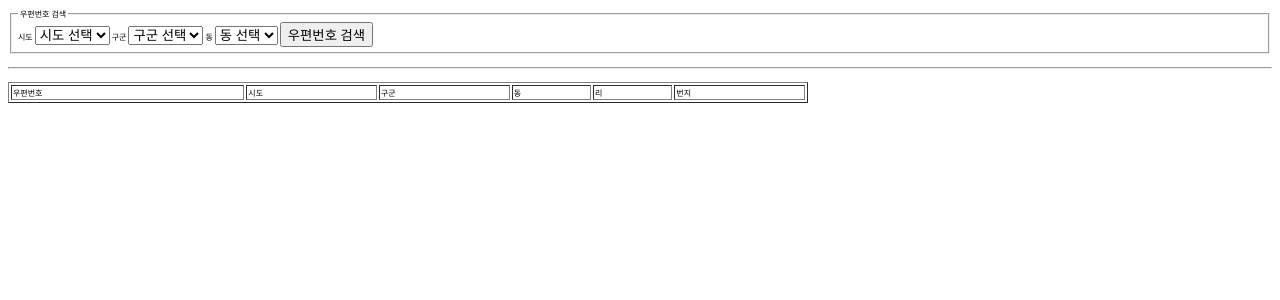
Repository: KYJIN1024/kic_jquery
Page: http://localhost/jQueryUIEx03/zipcode01.jsp
The author's editor kept a copy of each file at every save. The page is drawn from the files as they stood at one save, then again after the next save.
The browser window is 1280 px wide. The pictures show the whole page.
The page is served by Tomcat 9.

Above is the page before, as saved 2023-05-17 11:33:20.
Console error: SyntaxError: Unexpected identifier 'change'

After the next save:
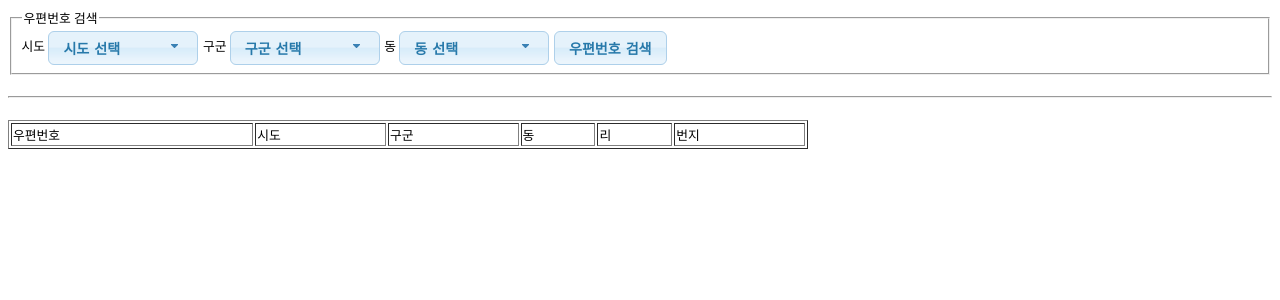
The error is gone.
Saved 10 min 30 s later.
--- a/jQueryUIEx03/src/main/webapp/zipcode01.jsp
+++ b/jQueryUIEx03/src/main/webapp/zipcode01.jsp
@@ -4,63 +4,27 @@
 <html>
 <head>
 <meta charset="UTF-8">
-<title></title>
-<link rel="stylesheet" href="./css/base/jquery-ui.css" />
-<style>
-	/* 사용자 스타일 */
-	body { font-size: 50%; }
+<title>Insert title here</title>
+<link rel="stylesheet" href="./css/cupertino/jquery-ui.css" />
+<style type="text/css">
+	body { font-size: 80%; }
 </style>
+<script type="text/javascript" src="./js/jquery-3.7.0.js"></script>
+<script type="text/javascript" src="./js/jquery-ui.js"></script>
+<script type="text/javascript">
+	$( document ).ready( function() {
+		$( '#sido, #gugun, #dong' ).selectmenu({
+			width: 150
+		});
 
-<script src="./js/jquery-3.7.0.js"> </script>
-<script src="./js/jquery-ui.js"> </script>
-<script>
-	$( document ).ready( function(){
-		$('#sido').selectmenu({
-			width: 150
-			change: function(){
-
-			}
-		});
-	$( document ).ready( function(){
-		$('#gugun').selectmenu({
-			width: 150
-			change: function(){
-
-			}
-		});
-	$( document ).ready( function(){
-		$('#dong').selectmenu({
-			width: 150
-			change: function(){
-
-			}
-		});
-	$('#btn').button();
-
-	$.ajax({
-		url: './data/sido.jsp',
-		type: 'get',
-		dataType: 'xml',
-		success: function(xml){
-			$('#sido').html('<option disabled="disabled" selected="selected">시도 선택</option>');
-			$(xml).find('sido').append('<option>'+ $(this).text() + '</option>');
-		});
-		},
-		error: function(e){
-			alert('[에러]')
-		}
-
-	})
-	}
-
-
+		$( '#btn' ).button();
 	});
 </script>
 </head>
 <body>
 
 <fieldset>
-	<legend> 우편번호 검색 </legend>
+	<legend>우편번호 검색</legend>
 	<label for="sido">시도</label>
 	<select id="sido">
 		<option disabled="disabled" selected="selected">시도 선택</option>
@@ -89,5 +53,7 @@
 </table>
 </div>
 
+
+
 </body>
 </html>
